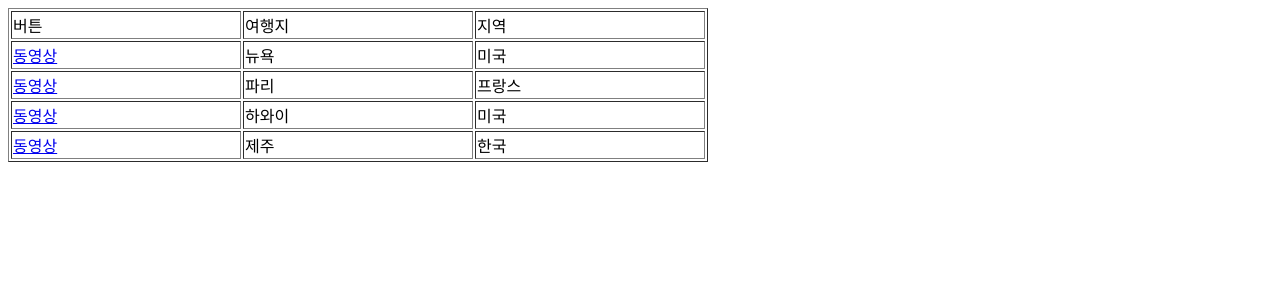
Repository: hanbeen03/javabasic
Page: http://localhost/JSPBasic/02-response/travel_main2.jsp
The author's editor kept a copy of each file at every save. The page is drawn from the files as they stood at one save, then again after the next save.
The browser window is 1280 px wide. The pictures show the whole page.
The page is served by Tomcat 9.

Above is the page before, as saved 2021-08-02 01:42:07.

### JSPBasic/WebContent/02-response/travel_main2.jsp
<%@ page language="java" contentType="text/html; charset=UTF-8"
    pageEncoding="UTF-8"%>
<!DOCTYPE html>
<html>
<head>
<meta charset="UTF-8">
<title>Insert title here</title>
</head>
<body>
	<table border="1" width="700">
		<tr>
			<td>버튼</td>
			<td>여행지</td>
			<td>지역</td>
		</tr>
		<tr>
			<td><a href="travel_newyork.jsp">동영상</a></td>
			<td>뉴욕</td>
			<td>미국</td>
		</tr>
		<tr>
			<td><a href="travel_paris.jsp">동영상</a></td>
			<td>파리</td>
			<td>프랑스</td>
		</tr>
		<tr>
			<td><a href="travel_hawaii.jsp">동영상</a></td>
			<td>하와이</td>
			<td>미국</td>
		</tr>
		<tr>
			<td><a href="travel_jeju.jsp">동영상</a></td>
			<td>제주</td>
			<td>한국</td>
		</tr>
	</table>
</body>
</html>

After the next save:
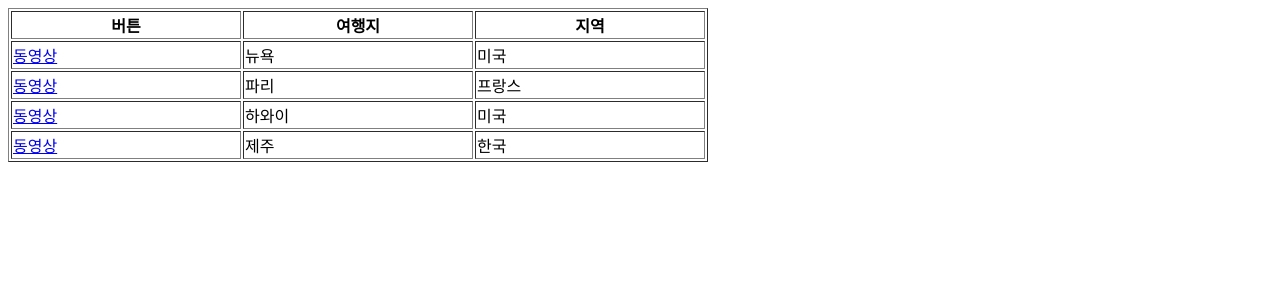
Saved 3 min 28 s later.
--- a/JSPBasic/WebContent/02-response/travel_main2.jsp
+++ b/JSPBasic/WebContent/02-response/travel_main2.jsp
@@ -9,9 +9,9 @@
 <body>
 	<table border="1" width="700">
 		<tr>
-			<td>버튼</td>
-			<td>여행지</td>
-			<td>지역</td>
+			<td align="center"><b>버튼</b></td>
+			<td align="center"><b>여행지</b></td>
+			<td align="center"><b>지역</b></td>
 		</tr>
 		<tr>
 			<td><a href="travel_newyork.jsp">동영상</a></td>
